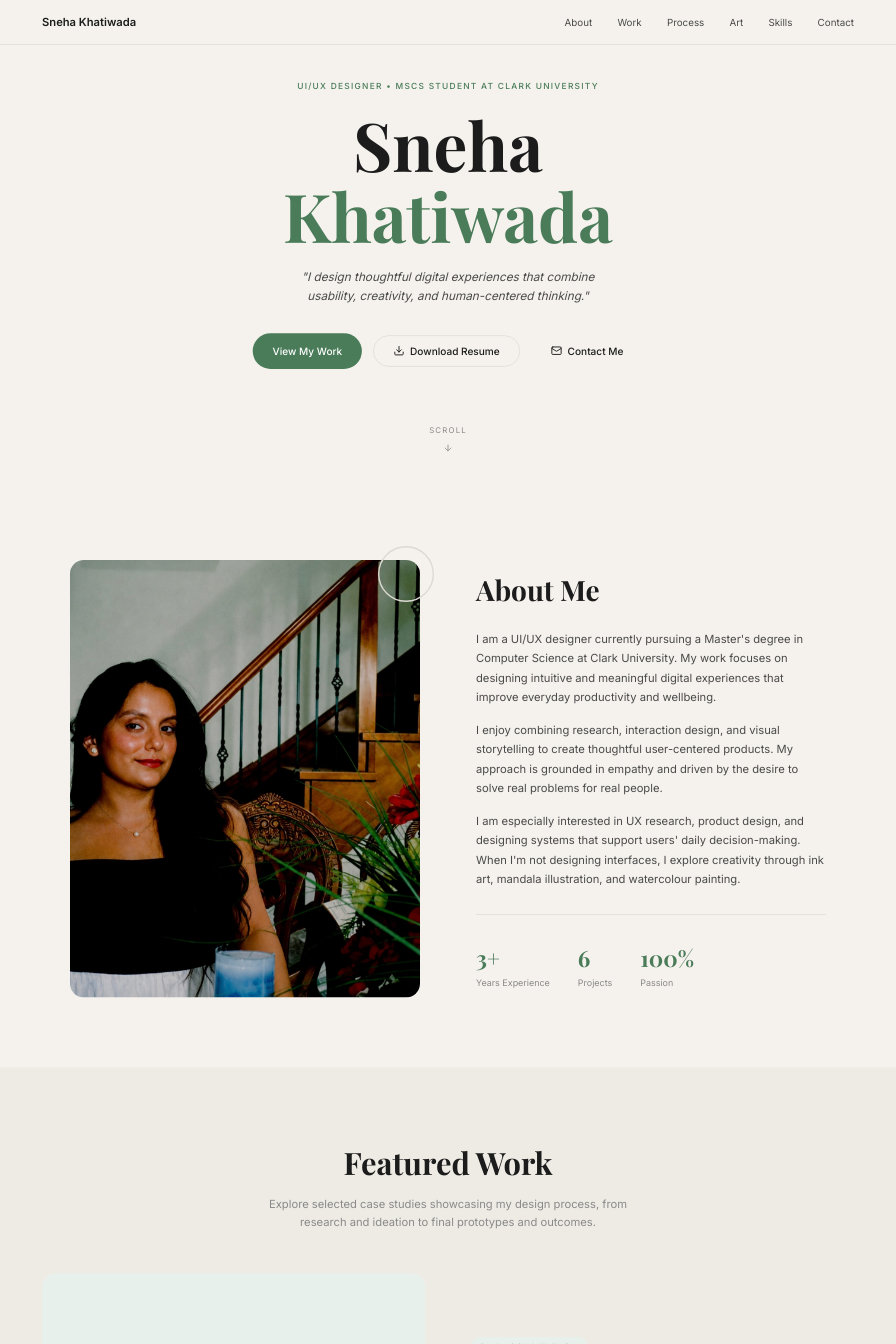
Repository: Snehahak/Sneha-portfolio
Page: /
An editor plug-in stored every save of this project. The page is shown before and after the next save, followed by the edit.
The browser window is 1280 px wide. The pictures show the part of the page from y = 0 to 1920 px (the page is 7264 px tall before and 720 px after), at 70% of full size.
Pictures or frames that could not be fetched are drawn as grey boxes. Some web fonts or font styles are not loaded; a fallback is used. The project was rebuilt for these pictures with package versions that can differ from the ones it lists, and the page was loaded fresh each time. Also part of the build but not shown: vite.config.js, src/pages/CaseStudyLifeLog.jsx, src/pages/CaseStudyDashboard.jsx, src/pages/CaseStudyRecipe.jsx, src/pages/CaseStudyMiro.jsx.

Above is the page before, as saved 2026-06-17 20:08:59.

After the next save:
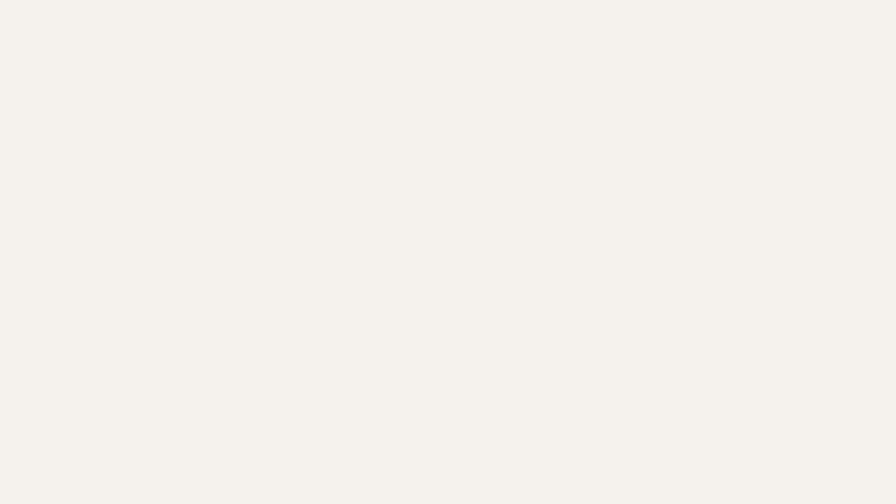
Console error: ReferenceError: downloadResume is not defined
Saved 17 min 17 s later.
--- a/src/pages/Home.jsx
+++ b/src/pages/Home.jsx
@@ -6,20 +6,7 @@
 } from 'lucide-react'
 import Navbar from '../components/Navbar'
 import Footer from '../components/Footer'
-function downloadResume() {
-  fetch('/Resume.pdf')
-    .then(res => res.blob())
-    .then(blob => {
-      const url = window.URL.createObjectURL(blob)
-      const link = document.createElement('a')
-      link.href = url
-      link.download = 'Sneha_Khatiwada_Resume.pdf'
-      document.body.appendChild(link)
-      link.click()
-      document.body.removeChild(link)
-      window.URL.revokeObjectURL(url)
-    })
-}
+
 
 const artPieces = [
   { id: 1, type: 'Illustration', name: 'Dancing Deity',  src: '/Dancing Deity.jpg' },
@@ -104,9 +91,9 @@
             onClick={(e) => { e.preventDefault(); document.getElementById('work').scrollIntoView({ behavior: 'smooth' }) }}>
             View My Work
           </a>
-          <button onClick={downloadResume} className="btn-secondary">
+          <a href="/Resume.pdf" download="Sneha_Khatiwada_Resume.pdf" className="btn-secondary">
   <Download size={16} /> Download Resume
-</button>
+</a>
           <a href="#contact" className="btn-secondary" style={{ border: 'none' }}
             onClick={(e) => { e.preventDefault(); document.getElementById('contact').scrollIntoView({ behavior: 'smooth' }) }}>
             <Mail size={16} /> Contact Me

After the save that followed:
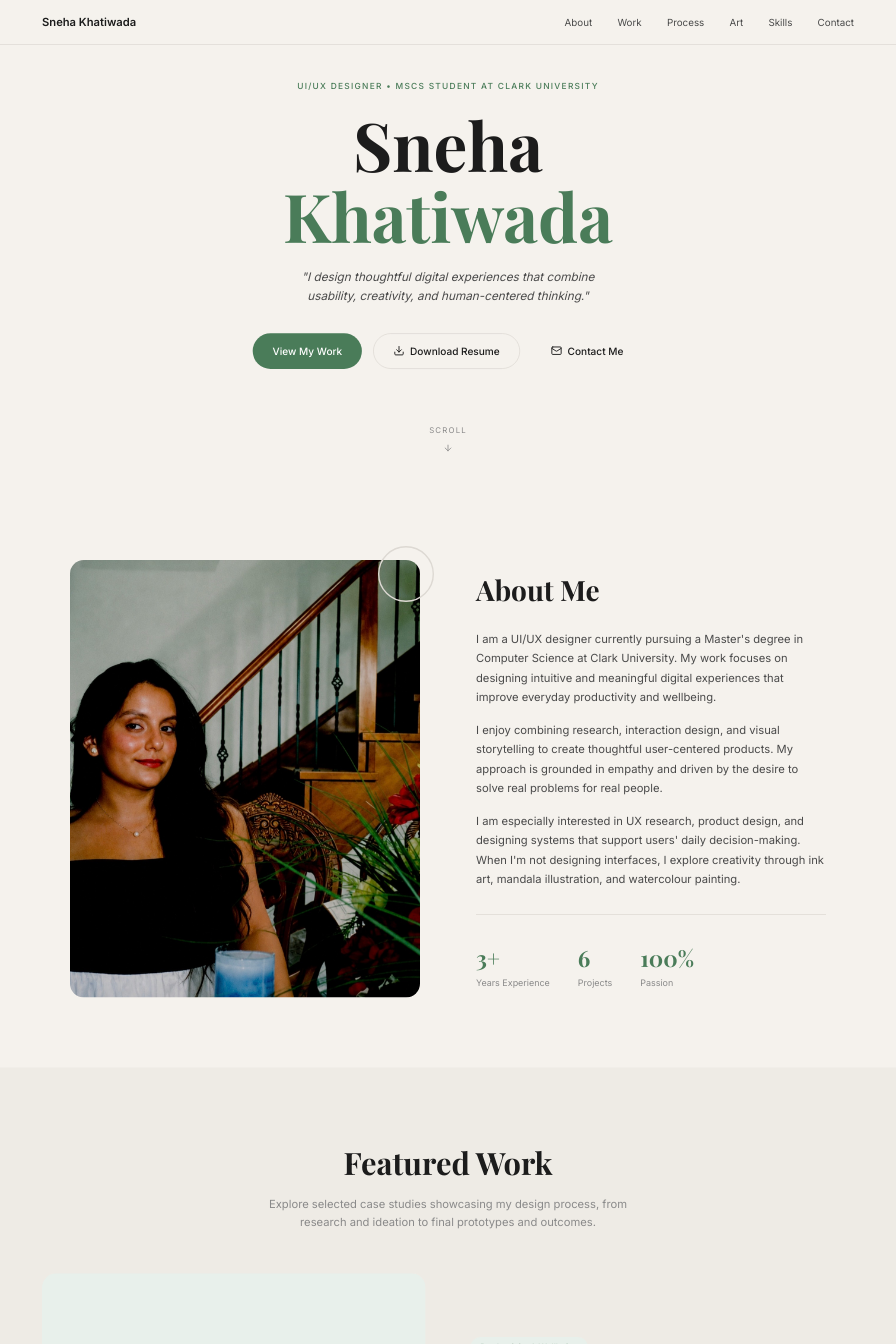
The error is gone.
Saved 52 s later.
--- a/src/pages/Home.jsx
+++ b/src/pages/Home.jsx
@@ -258,9 +258,9 @@
         <div className="resume-card">
           <h3>Want to know more?</h3>
           <p>Download my full resume for a complete overview of my experience.</p>
-          <button onClick={downloadResume} className="btn-primary">
+          <a href="/Resume.pdf" download="Sneha_Khatiwada_Resume.pdf" className="btn-primary">
   <Download size={16} /> Download Resume
-</button>
+</a>
         </div>
       </section>
 
